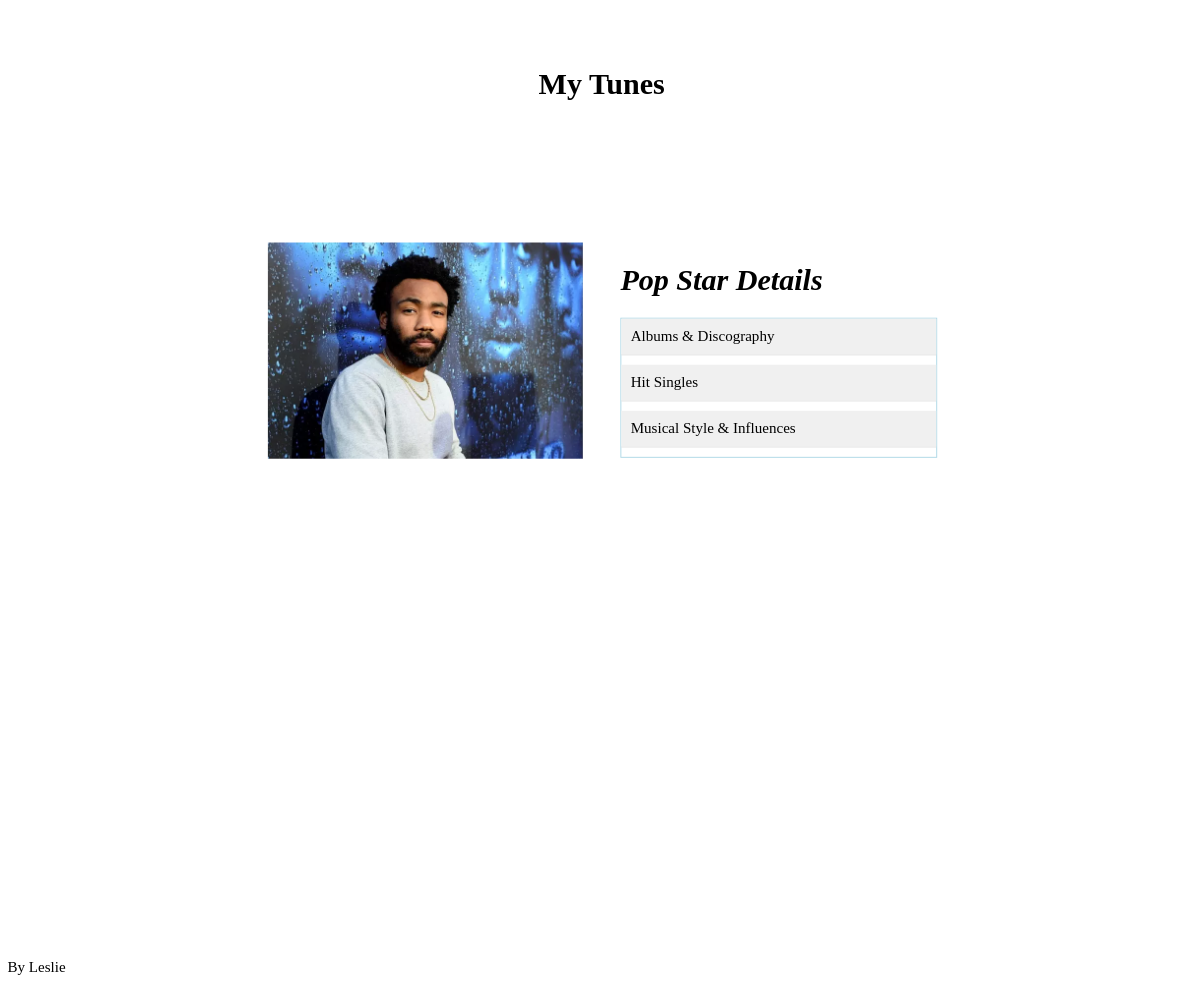
Repository: leslie179/labOne
Page: /
An editor plug-in stored every save of this project. The page is shown before and after the next save, followed by the edit.
The browser window is 1280 px wide. The pictures show the whole page, at 94% of full size.
The project was rebuilt for these pictures with package versions that can differ from the ones it lists, and the page was loaded fresh each time. The framework's server and built-in components were replaced by stand-ins that run in the browser. Also part of the build but not shown: next.config.js, components/Footer/Footer.module.css.

Above is the page before, as saved 2024-09-15 22:39:54.

After the next save:
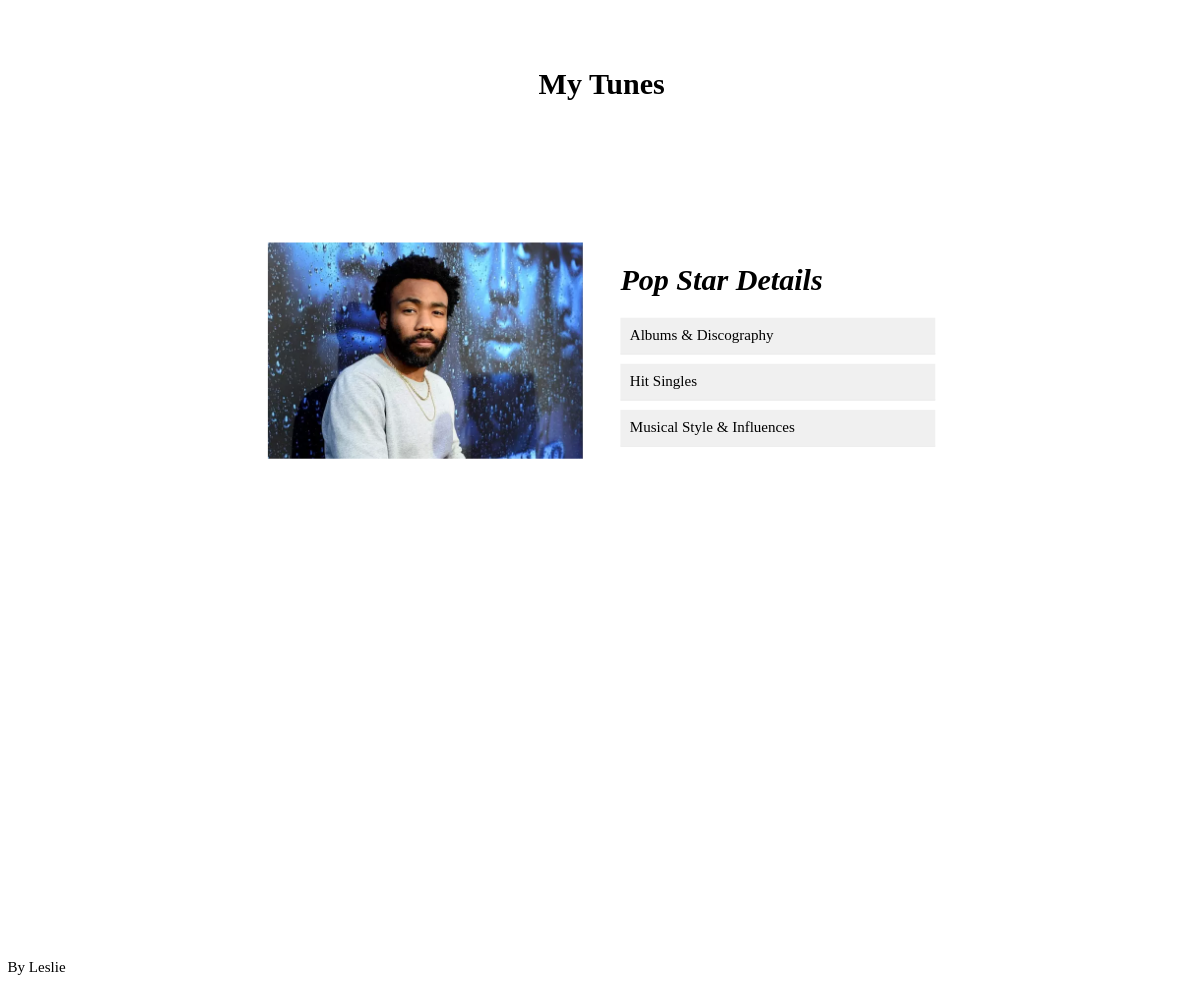
Saved 9 s later.
--- a/components/RightComponent/RightComponent.module.css
+++ b/components/RightComponent/RightComponent.module.css
@@ -6,10 +6,7 @@
     height: 100vh;
     float: right;
 }
-.accordion {
-    border: 1px solid lightblue;
-    width: 100%;
-}
+
 
 .item {
     border-bottom: 1px solid #ddd;
